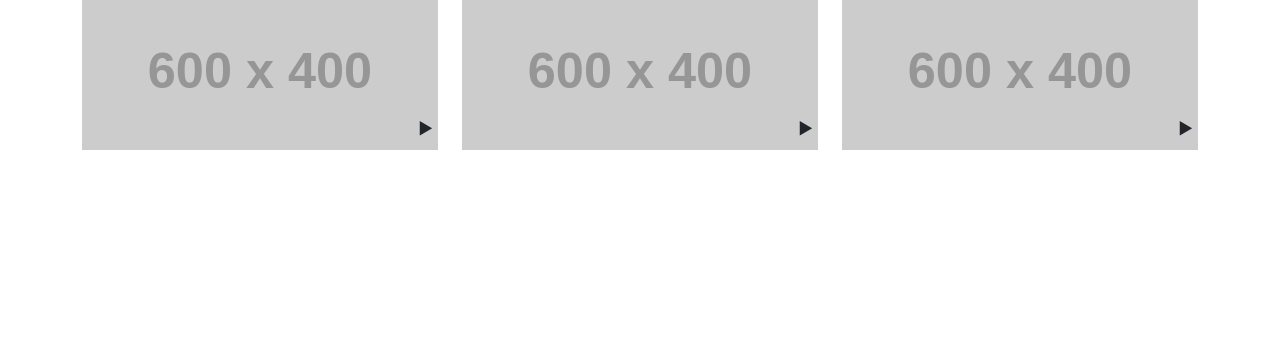
Repository: fbansept/ran4_24
Page: index.html
These files come from the project's save history. The page is drawn as it stood at one moment and after the next save; the edit follows.
The browser window is 1280 px wide. The pictures show the whole page.

Above is the page before, as saved 2024-10-14 11:24:16.

### index.html
<!DOCTYPE html>
<html lang="en">
  <head>
    <meta charset="UTF-8" />
    <meta name="viewport" content="width=device-width, initial-scale=1.0" />
    <title>Document</title>
    <link
      href="https://cdn.jsdelivr.net/npm/bootstrap@5.3.3/dist/css/bootstrap.min.css"
      rel="stylesheet"
      integrity="sha384-QWTKZyjpPEjISv5WaRU9OFeRpok6YctnYmDr5pNlyT2bRjXh0JMhjY6hW+ALEwIH"
      crossorigin="anonymous"
    />
    <script
      defer
      src="https://cdn.jsdelivr.net/npm/bootstrap@5.3.3/dist/js/bootstrap.bundle.min.js"
      integrity="sha384-YvpcrYf0tY3lHB60NNkmXc5s9fDVZLESaAA55NDzOxhy9GkcIdslK1eN7N6jIeHz"
      crossorigin="anonymous"
    ></script>

    <link rel="stylesheet" href="style.css">
  </head>
  <body>
    <main class="container">
      <div class="row row-cols-1 row-cols-md-3">
        <article class="col">
          <div>
            <img src="https://placehold.co/600x400" />
            <div class="button">▶</div>
          </div>
        </article>
        <article class="col">
          <div>
            <img src="https://placehold.co/600x400" />
            <div class="button">▶</div>
          </div>
        </article>
        <article class="col">
          <div>
            <img src="https://placehold.co/600x400" />
            <div class="button">▶</div>
          </div>
        </article>
      </div>
    </main>
  </body>
</html>

### style.css
.container > .row > article > div {
  position: relative;
  width: 100%;
  height: 150px;
}

.container > .row > article > div > img {
  width: 100%;
  height: 150px;
  object-fit: cover;
}

.button {
  position: absolute;
  bottom: 10px;
  right: 5px;
}

After the next save:
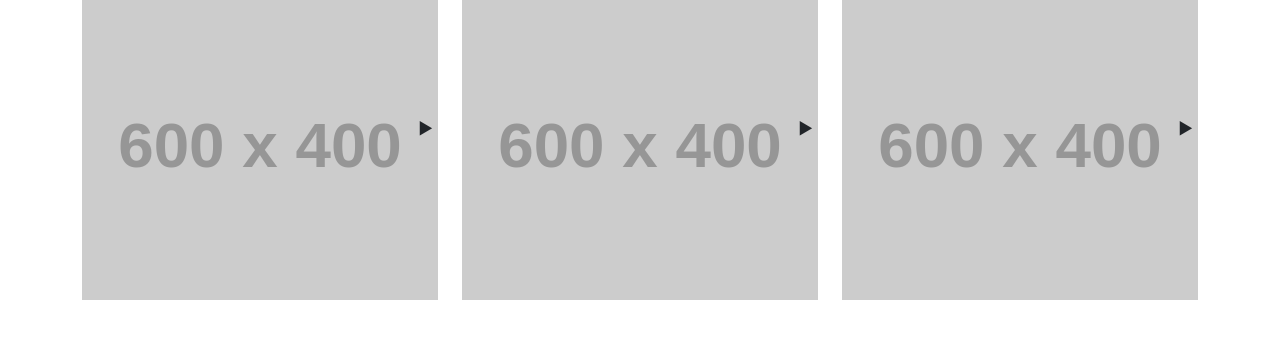
Saved 13 s later.
--- a/style.css
+++ b/style.css
@@ -6,7 +6,7 @@
 
 .container > .row > article > div > img {
   width: 100%;
-  height: 150px;
+  height: 300px;
   object-fit: cover;
 }
 
